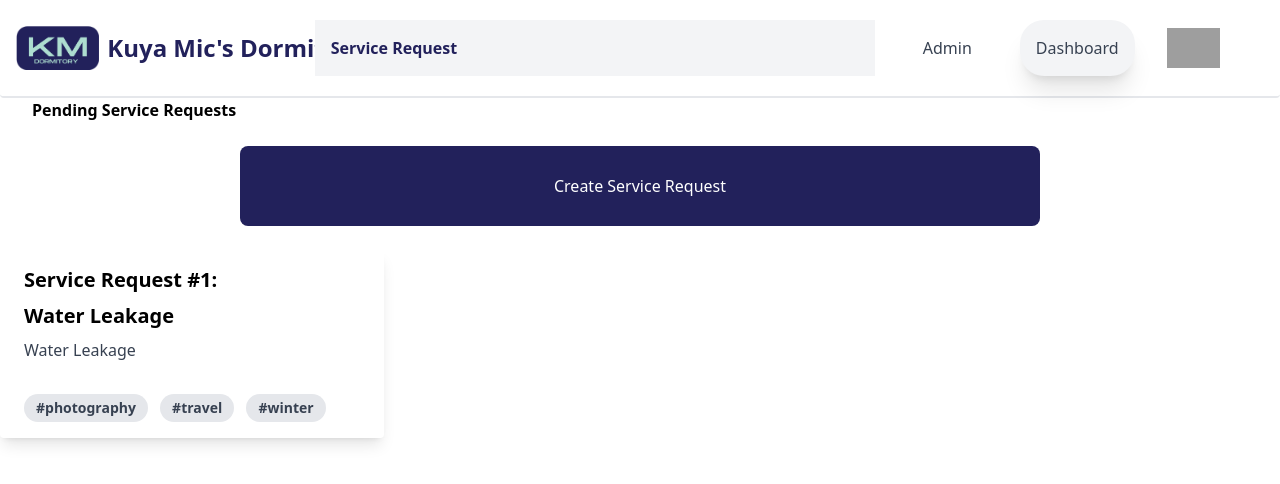
Repository: theamgri/Dormitory-Management-System
Page: servicerequest.html
The author's editor kept a copy of each file at every save. The page is drawn from the files as they stood at one save, then again after the next save.
The browser window is 1280 px wide. The pictures show the whole page.
Pictures or frames that could not be fetched are drawn as grey boxes. Some web libraries are served in a nearby version.

Above is the page before, as saved 2023-01-12 00:08:34.

### servicerequest.html
<!DOCTYPE html>
<html lang="en">
<head>
    <script src="https://cdn.tailwindcss.com"></script>
    <meta charset="UTF-8">
    <meta http-equiv="X-UA-Compatible" content="IE=edge">
    <meta name="viewport" content="width=device-width, initial-scale=1.0">
    <link rel="icon" type="image/x-icon" href="/assets/logo.png">
    <title>Service Request</title>

    <nav class="bg-white border-b-2 border-gray-200 px-2 sm:px-4 py-1 rounded dark:bg-gray-100">
        <div class="container flex flex-wrap items-center justify-between mx-auto">
          <a href="/" class="flex sm:items-left">
              <img src="/assets/logo.png" class="h-11" alt="KM Logo" />
              <span class="self-center align-middle pl-2 text-2xl font-Montserrat font-bold whitespace-nowrap" style="color: #22215B">Kuya Mic's Dormitory </span>
          </a>

          <button data-collapse-toggle="navbar-default" type="button" class="inline-flex items-center p-2 ml-3 text-sm text-gray-500 rounded-lg md:hidden hover:bg-gray-100 focus:outline-none focus:ring-2 focus:ring-gray-200 dark:text-gray-400 dark:hover:bg-gray-700 dark:focus:ring-gray-600" aria-controls="navbar-default" aria-expanded="false">
          <svg class="w-6 h-6" aria-hidden="true" fill="currentColor" viewBox="0 0 20 20" xmlns="http://www.w3.org/2000/svg"><path fill-rule="evenodd" d="M3 5a1 1 0 011-1h12a1 1 0 110 2H4a1 1 0 01-1-1zM3 10a1 1 0 011-1h12a1 1 0 110 2H4a1 1 0 01-1-1zM3 15a1 1 0 011-1h12a1 1 0 110 2H4a1 1 0 01-1-1z" clip-rule="evenodd"></path></svg>
          </button>
          <div class="hidden w-full md:block md:w-auto" id="navbar-default">

            <ul class="flex flex-col p-4 mt-4 border border-gray-100 rounded-lg md:flex-row md:space-x-8 md:mt-0 md:text-sm md:font-medium md:border-0">

              <li>
                <a href="#" class="block font-bold bg-gray-100 font-Montserrat text-base md:p-4" aria-current="page" style="color: #22215B; margin-left:-35rem;">Service Request</a>
              </li>
              <li>
                <a href="index.html" class="block font-Montserrat rounded text-base md:text-gray-700 md:p-4" aria-current="page">Admin</a>
              </li>
              <li>
                <a href="home.html" class="block shadow-xl bg-gray-100 font-Montserrat rounded-3xl text-base md:text-gray-700 md:p-4" aria-current="page">Dashboard</a>
              </li>
              <li>
                <a href="home.html" class="block py-2 pl-0 pr-4" aria-current="page"><img src="https://icones.pro/wp-content/uploads/2021/02/icone-utilisateur-gris.png" class="h-1 mr-3 sm:h-10" alt="KM Logo" /></a>
              </li>
            </ul>
          </div>

        </div>
      </nav>
</head>
<body>
    <h1 class="text-left pl-8 font-semibold">Pending Service Requests</h1>
    <div class="sm:text-center pb-6">
        <button onclick="location.href='#'" type="submit" class="mt-6 text-white bg-primary-600 focus:ring-4 focus:outline-none focus:ring-primary-300 font-medium rounded-lg text-md px-10 py-2.5 sm:text-center " style="margin-left: 0rem; background-color:#22215B; height: 5rem; width: 50rem;">Create Service Request</button>
      </div>

      <div class="max-w-sm rounded overflow-hidden shadow-lg">
        <div class="px-6 py-4">
            <div class="font-bold text-xl mb-2">Service Request #1:</div>
            <div class="inline-block font-bold text-xl mb-2">Water Leakage</div>
            <h1 class="text-gray-700 text-base">
              Water Leakage
            </p>
          </div>
          <div class="px-6 pt-4 pb-2">
            <span class="inline-block bg-gray-200 rounded-full px-3 py-1 text-sm font-semibold text-gray-700 mr-2 mb-2">#photography</span>
            <span class="inline-block bg-gray-200 rounded-full px-3 py-1 text-sm font-semibold text-gray-700 mr-2 mb-2">#travel</span>
            <span class="inline-block bg-gray-200 rounded-full px-3 py-1 text-sm font-semibold text-gray-700 mr-2 mb-2">#winter</span>
          </div>
      </div>
</body>
</html>

After the next save:
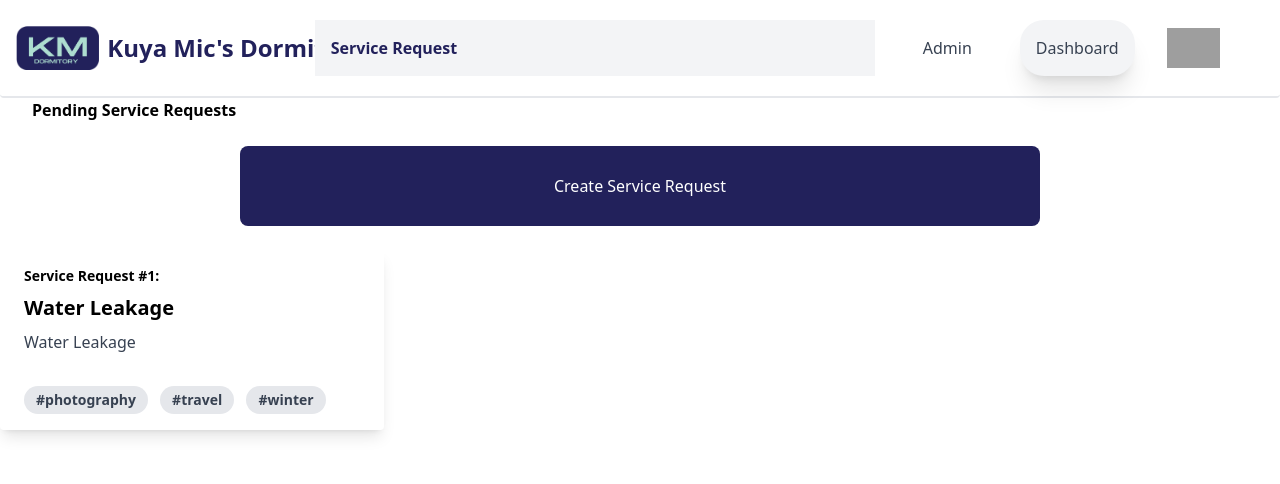
Saved 8 s later.
--- a/servicerequest.html
+++ b/servicerequest.html
@@ -48,7 +48,7 @@
 
       <div class="max-w-sm rounded overflow-hidden shadow-lg">
         <div class="px-6 py-4">
-            <div class="font-bold text-xl mb-2">Service Request #1:</div>
+            <div class="font-bold text-sm mb-2">Service Request #1:</div>
             <div class="inline-block font-bold text-xl mb-2">Water Leakage</div>
             <h1 class="text-gray-700 text-base">
               Water Leakage
